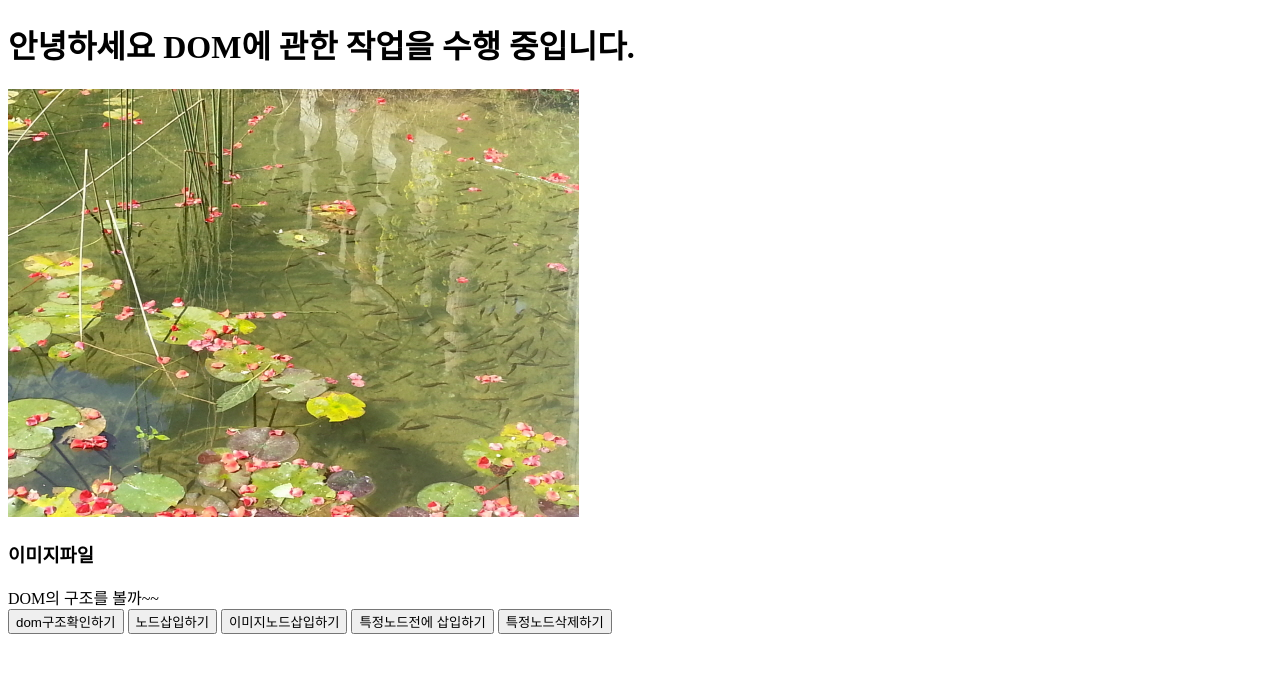
Repository: snowcuphea/webwork_class
Page: clientweb/WebContent/js_dom/js_basic_dom_nodeinsert.html
These files come from the project's save history. The page is drawn as it stood at one moment and after the next save; the edit follows.
The browser window is 1280 px wide. The pictures show the whole page.

Above is the page before, as saved 2020-01-10 01:47:04.

After the next save:
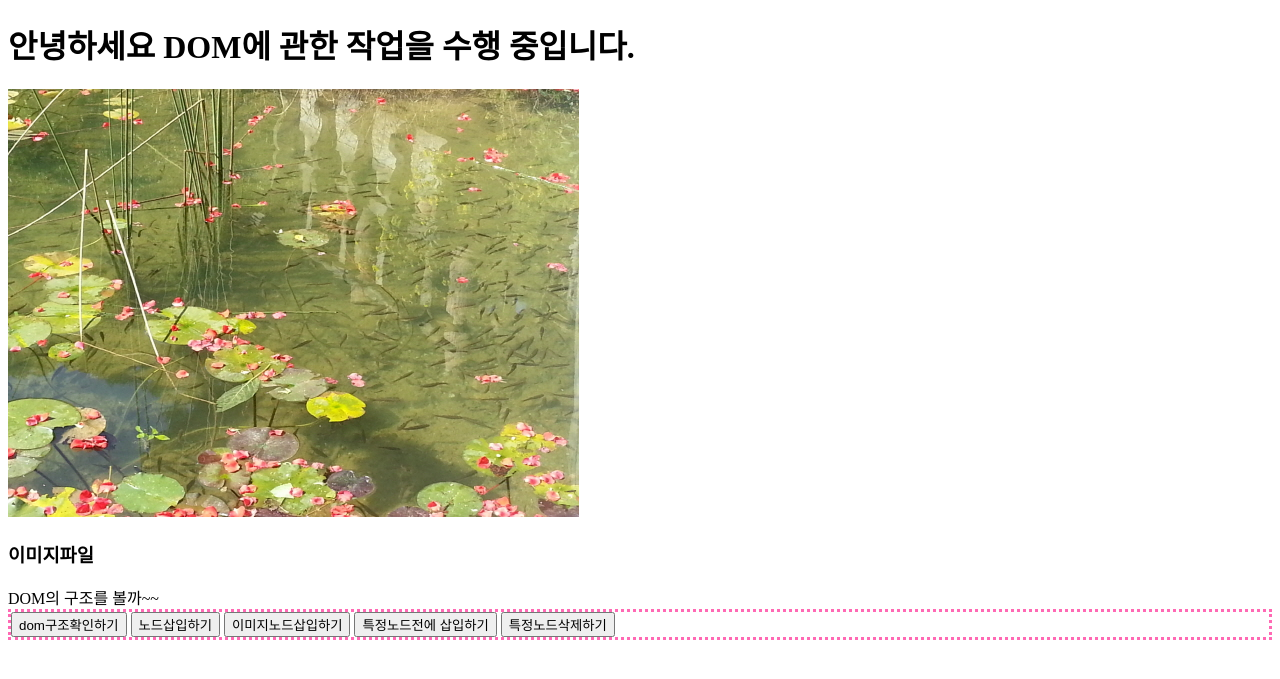
Saved 71 s later.
--- a/clientweb/WebContent/js_dom/js_basic_dom_nodeinsert.html
+++ b/clientweb/WebContent/js_dom/js_basic_dom_nodeinsert.html
@@ -27,7 +27,7 @@
 		<div id="mycontent1"><img src="../images/m_garden07.jpg" name="myimg" id="myimagId"
 				alt="이미지파일" /><h3>이미지파일</h3></div>
 		<div id="mycontent2">DOM의 구조를 볼까~~</div>
-		<div id="domtestbtn">
+		<div id="domtestbtn" style="border: dotted 3px hotpink">
 			<form id="myformId" name="myform">
 				<input type="button" value="dom구조확인하기"
 					 name="btn" id="btndomtest" />
